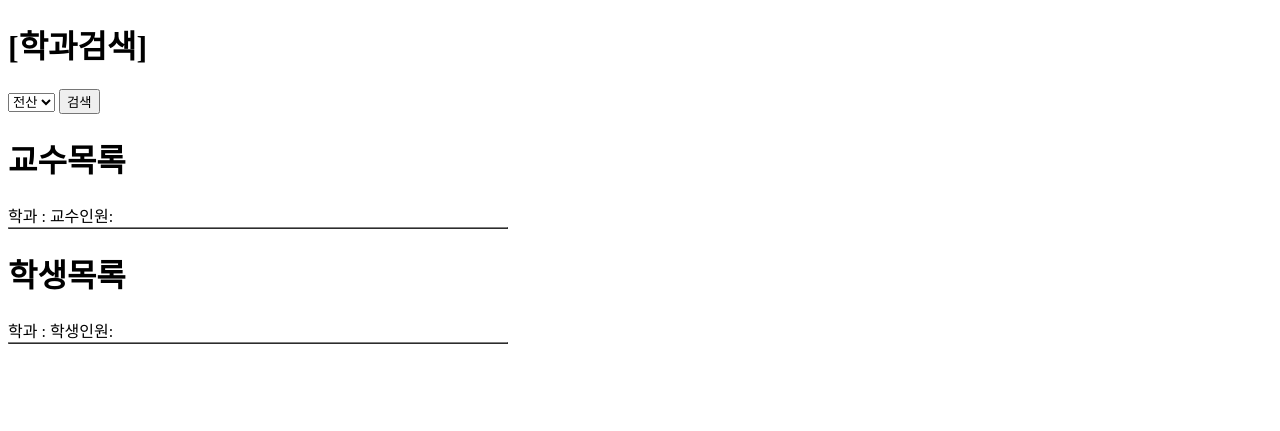
Repository: odasd/Ark-html
Page: 20200429/ex20200507/WebContent/list.html
An editor plug-in stored every save of this project. The page is shown before and after the next save, followed by the edit.
The browser window is 1280 px wide. The pictures show the whole page.
Some web libraries are served in a nearby version.

Above is the page before, as saved 2020-05-07 06:37:10.

### 20200429/ex20200507/WebContent/list.html
<!DOCTYPE html>
<html>
<head>
	<meta charset="UTF-8">
	<title>그것이 알고싶다</title>
	<script src="http://code.jquery.com/jquery-1.9.1.js"></script>
	<script src="https://cdnjs.cloudflare.com/ajax/libs/handlebars.js/3.0.1/handlebars.js"></script>
	<style>
	 th {background:gray; color:pink;}
	</style>
</head>
<body>
	<H1>[학과검색]</H1>
	<select id="dept">
		<option>전산</option>
		<option>건축</option>
		<option>전자</option>
	</select>
	<input type="button" value="검색" id="btnSearch">
	<div>
		<h1>교수목록</h1>
		 학과 : <span id="dept"></span>
		 교수인원:<span id="pcnt"></span>
		<table id=ptbl border=1 width=500></table>
		<script id="ptemp" type="text/x-handlebars-template">
		<tr>
			<th>교수번호</th>
			<th>교수명</th>
			<th>교수학과</th>
			<th>임용일</th>
		</tr>
		{{#each pArray}}
		<tr>
			<td>{{pcode}}</td>
			<td>{{pname}}</td>
			<td>{{dept}}</td>
			<td>{{hiredate}}</td>
		</tr>
		{{/each}}
	</script>
	</div>
	<div>
		<h1>학생목록</h1>
		 학과 : <span id="dept"></span>
		 학생인원:<span id="scnt"></span>
		<table id=stbl border=1 width=500></table>
		<script id="stemp" type="text/x-handlebars-template">
		<tr>
			<th>학생번호</th>
			<th>학생명</th>
			<th>학생학과</th>
			<th>생일</th>
		</tr>
		{{#each sArray}}
		<tr>
			<td>{{scode}}</td>
			<td>{{sname}}</td>
			<td>{{dept}}</td>
			<td>{{birthday}}</td>
		</tr>
		{{/each}}
		</script>
	</div>
<script>
	$("#btnSearch").on("click", function(){
		var dept=$("#dept").val();
		$.ajax({
			type:"get",
			url:"list.jsp",
			data:{"dept":dept},
			dataType:"json",
			success:function(data){
				alert(dept);
				$("#dept").html(data.dept);
				$("#pcnt").html(data.pcnt);
	            $("#scnt").html(data.scnt);

				var temp=Handlebars.compile($("#ptemp").html());
				$("#ptbl").html(temp(data));

				var temp=Handlebars.compile($("#stemp").html());
				$("#stbl").html(temp(data));
			}
		});
	});
</script>
</html>

After the next save:
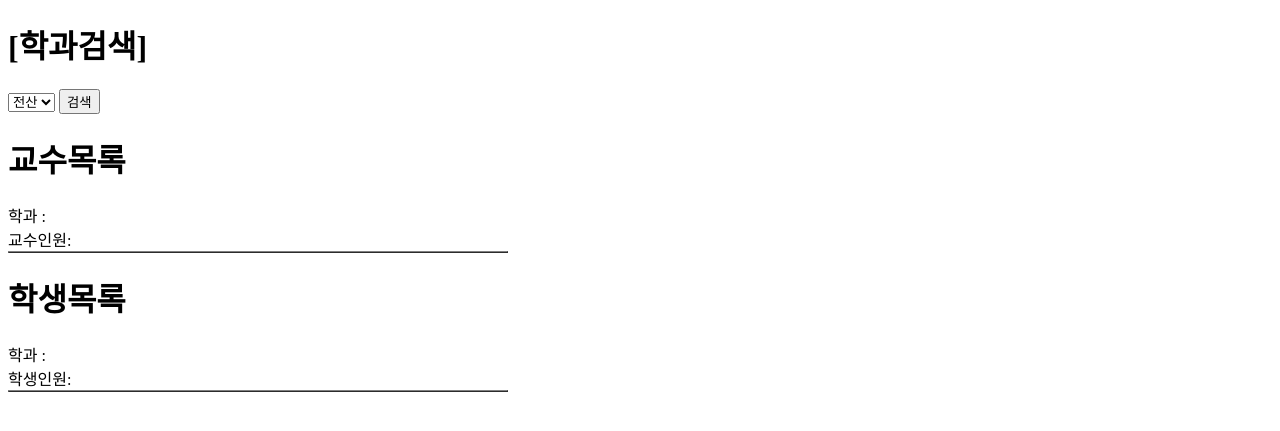
Saved 34 s later.
--- a/20200429/ex20200507/WebContent/list.html
+++ b/20200429/ex20200507/WebContent/list.html
@@ -19,7 +19,7 @@
 	<input type="button" value="검색" id="btnSearch">
 	<div>
 		<h1>교수목록</h1>
-		 학과 : <span id="dept"></span>
+		 학과 : <div id="dept"></div>
 		 교수인원:<span id="pcnt"></span>
 		<table id=ptbl border=1 width=500></table>
 		<script id="ptemp" type="text/x-handlebars-template">
@@ -41,7 +41,7 @@
 	</div>
 	<div>
 		<h1>학생목록</h1>
-		 학과 : <span id="dept"></span>
+		 학과 : <div id="dept"></div>
 		 학생인원:<span id="scnt"></span>
 		<table id=stbl border=1 width=500></table>
 		<script id="stemp" type="text/x-handlebars-template">

After the save that followed:
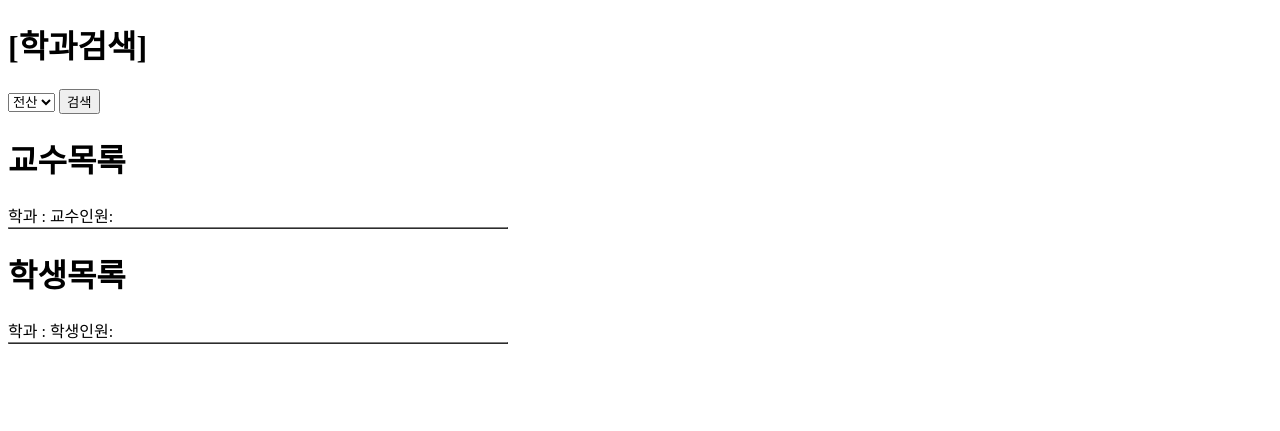
Saved 21 s later.
--- a/20200429/ex20200507/WebContent/list.html
+++ b/20200429/ex20200507/WebContent/list.html
@@ -19,7 +19,7 @@
 	<input type="button" value="검색" id="btnSearch">
 	<div>
 		<h1>교수목록</h1>
-		 학과 : <div id="dept"></div>
+		 학과 : <span id="dept"></span>
 		 교수인원:<span id="pcnt"></span>
 		<table id=ptbl border=1 width=500></table>
 		<script id="ptemp" type="text/x-handlebars-template">
@@ -41,7 +41,7 @@
 	</div>
 	<div>
 		<h1>학생목록</h1>
-		 학과 : <div id="dept"></div>
+		 학과 : <span id="dept"></span>
 		 학생인원:<span id="scnt"></span>
 		<table id=stbl border=1 width=500></table>
 		<script id="stemp" type="text/x-handlebars-template">
